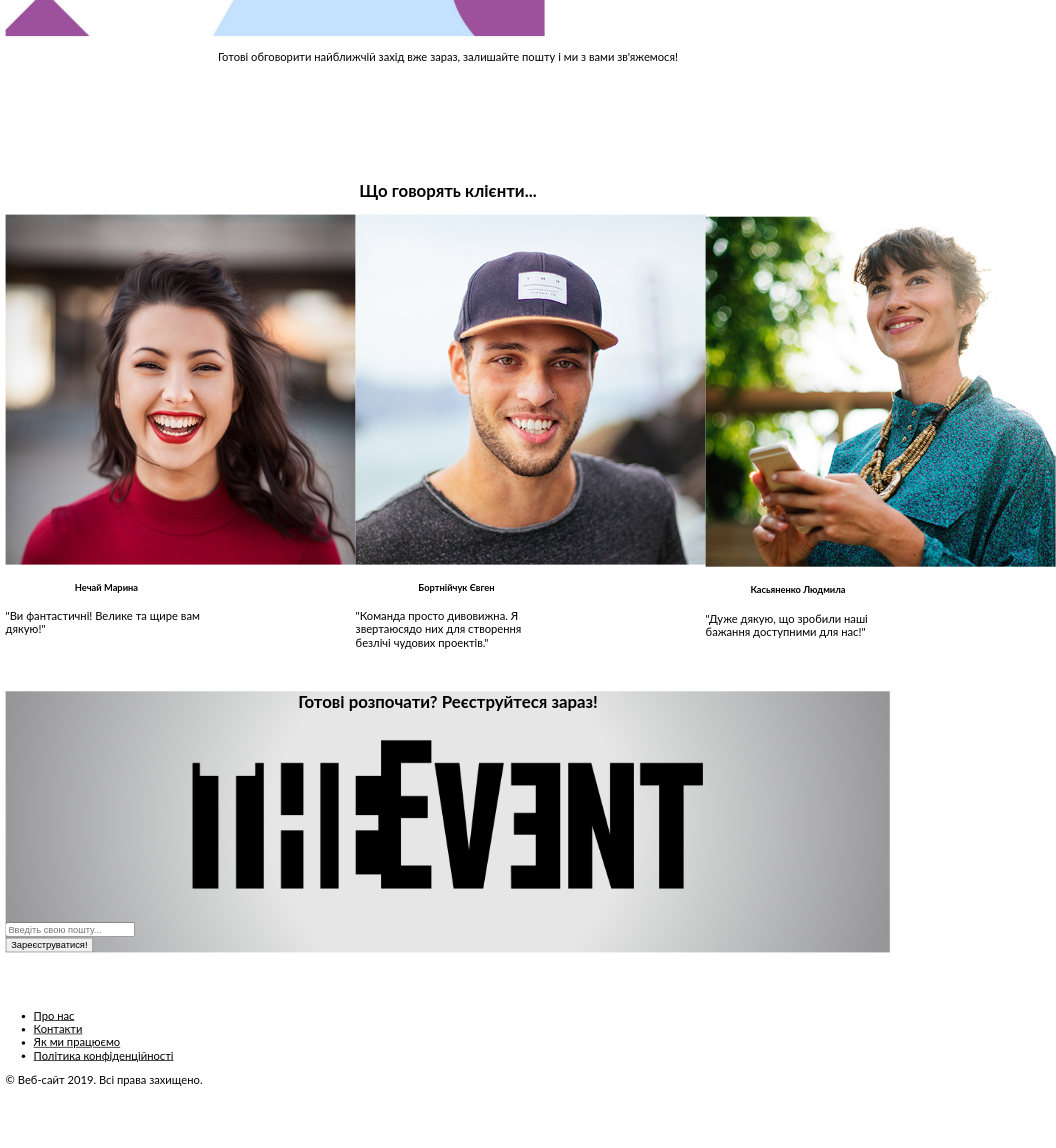
Repository: ivankovaa/HelloWorld
Page: site/index.html
The author's editor kept a record of every edit. The page is drawn from the files as they stood at one moment, then again after the next edit.
The browser window is 1280 px wide. The page is 1508 px wide, so the pictures cover 1508 px, including what lies to the right of the window. The pictures show the part of the page from y = 2321 to 3961 px (the page is 3961 px tall), at 70% of full size.

Above is the page before.

After the next edit:
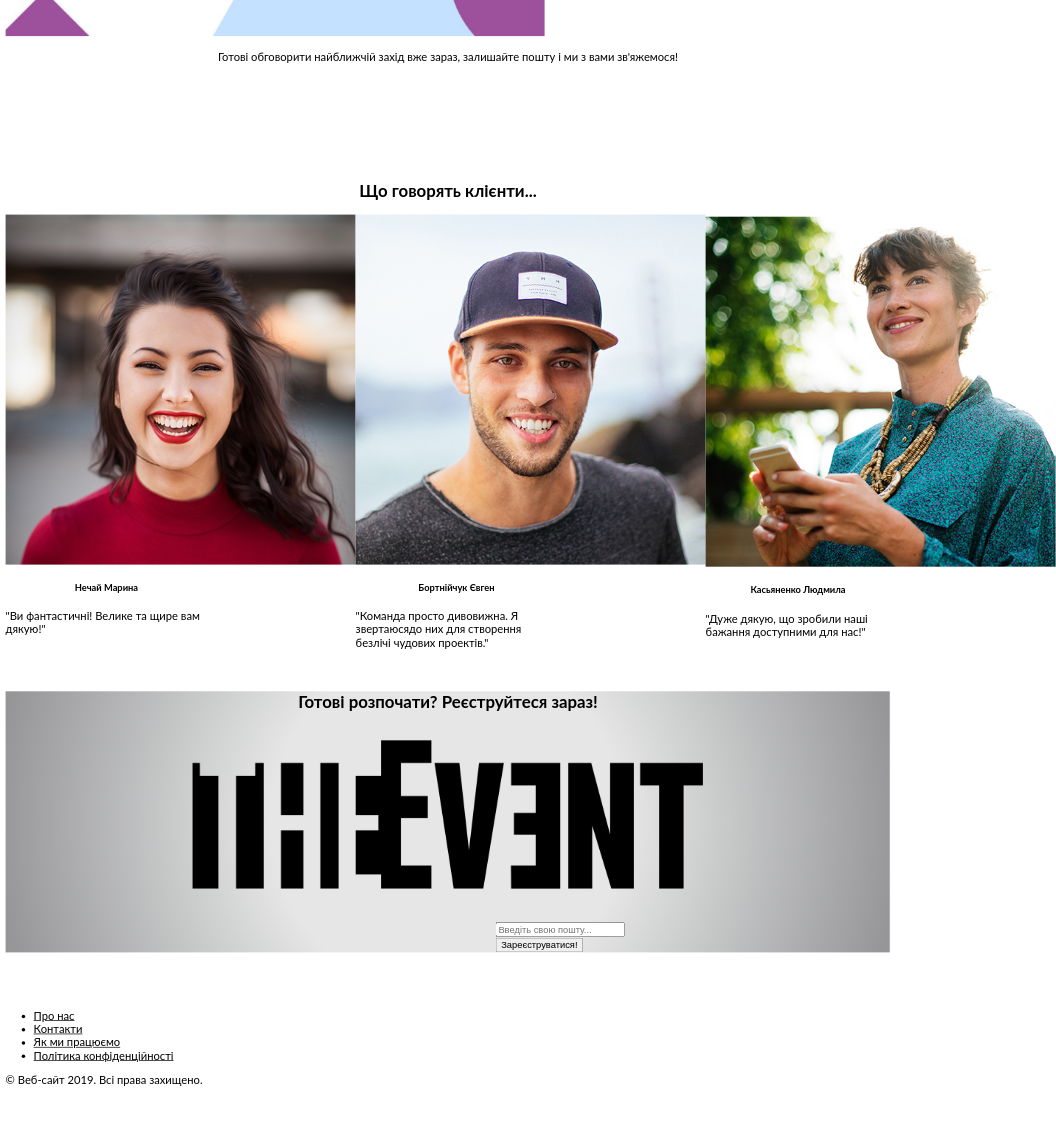
The edit:
--- a/site/css/landing-page.css
+++ b/site/css/landing-page.css
@@ -87,6 +87,7 @@
 .call-to-action .form-row {
   position: relative;
   margin-top: 300px;
+  margin-left: 700px;
 }
 
 .btn2 {
